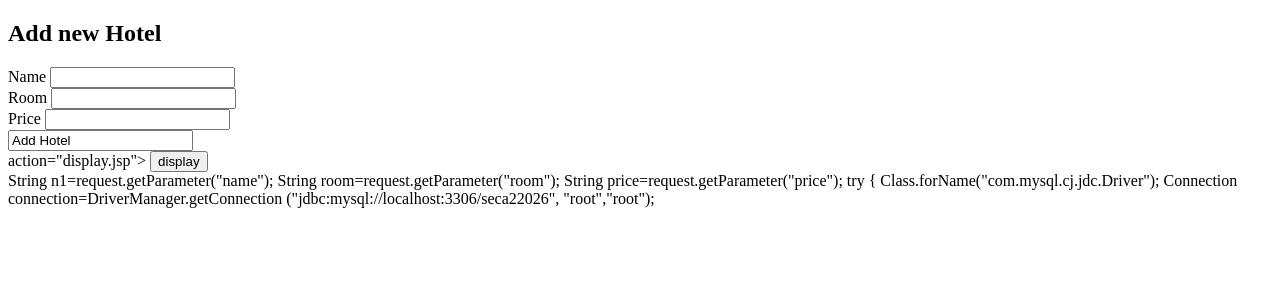
Repository: prachi288207/Myjavacodes
Page: abc/src/main/webapp/NewFile1.html
The author's editor kept a copy of each file at every save. The page is drawn from the files as they stood at one save, then again after the next save.
The browser window is 1280 px wide. The pictures show the whole page.

Above is the page before, as saved 2026-10-01 09:05:28.

After the next save:
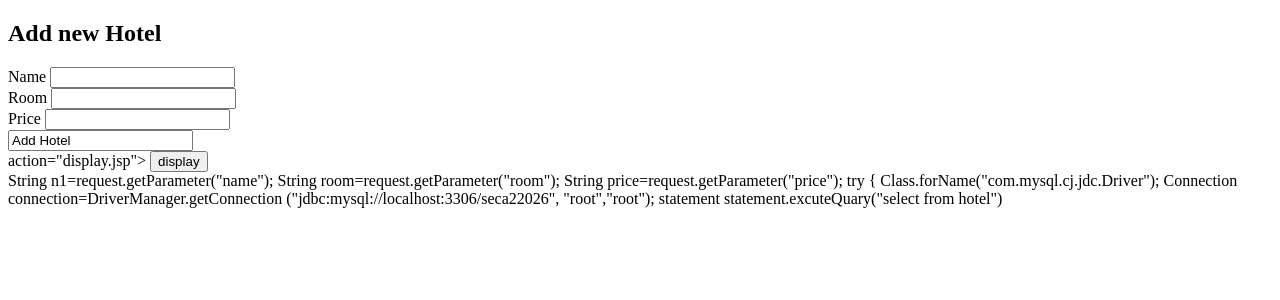
Saved 30 s later.
--- a/abc/src/main/webapp/NewFile1.html
+++ b/abc/src/main/webapp/NewFile1.html
@@ -31,3 +31,4 @@ try
    Class.forName("com.mysql.cj.jdc.Driver");
    Connection  connection=DriverManager.getConnection
 					("jdbc:mysql://localhost:3306/seca22026", "root","root");
+statement statement.excuteQuary("select from hotel")
